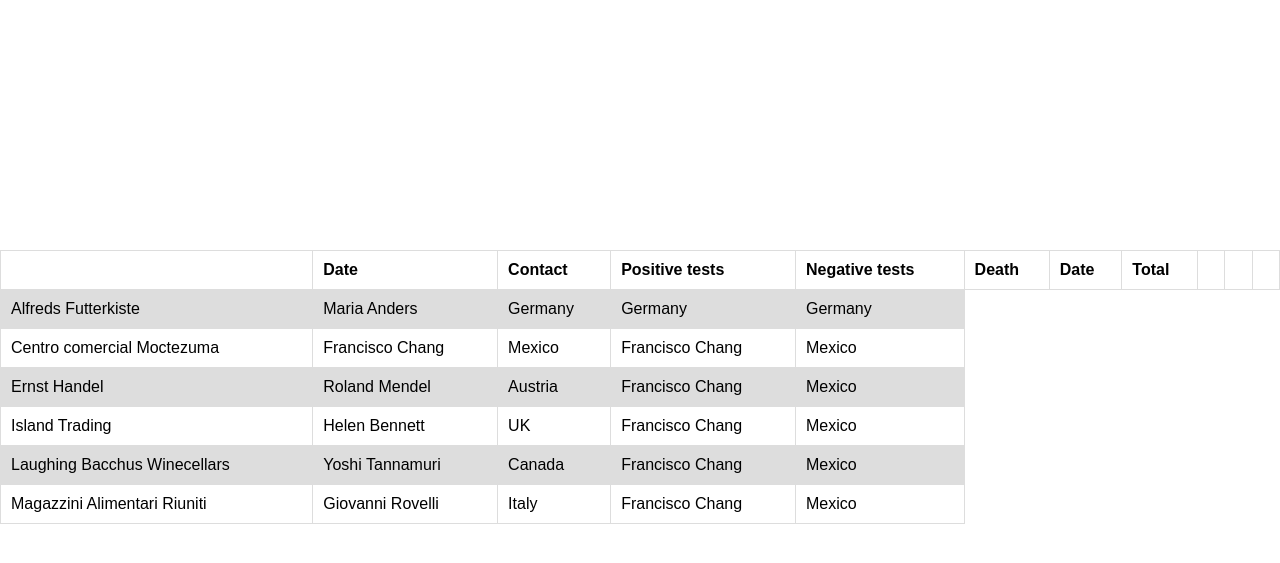
Repository: Seryozha02/ApiRequests
Page: index.html
The author's editor kept a copy of each file at every save. The page is drawn from the files as they stood at one save, then again after the next save.
The browser window is 1280 px wide. The pictures show the whole page.

Above is the page before, as saved 2022-09-22 21:30:23.

### index.html
<!DOCTYPE html>
<html lang="en">
<head>
    <meta charset="UTF-8">
    <meta http-equiv="X-UA-Compatible" content="IE=edge">
    <meta name="viewport" content="width=device-width, initial-scale=1.0">
    <title>Request's</title>
    <link rel="stylesheet" href="style.css">
</head>
<body>
    <table class="requests">
        <th>
            <th>Date</th>
            <th>Contact</th>
            <th>Positive tests</th>
            <th>Negative tests</th>
            <th>Death</th>
        </th>
        <th>Date</th>
        <th>Total</th>
        <th></th>
        <th></th>
        <th></th>
        <tr>
          <td>Alfreds Futterkiste</td>
          <td>Maria Anders</td>
          <td>Germany</td>
          <td>Germany</td>
          <td>Germany</td>
        </tr>
        <tr>
          <td>Centro comercial Moctezuma</td>
          <td>Francisco Chang</td>
          <td>Mexico</td>
          <td>Francisco Chang</td>
          <td>Mexico</td>
        </tr>
        <tr>
          <td>Ernst Handel</td>
          <td>Roland Mendel</td>
          <td>Austria</td>
          <td>Francisco Chang</td>
          <td>Mexico</td>
        </tr>
        <tr>
          <td>Island Trading</td>
          <td>Helen Bennett</td>
          <td>UK</td>
          <td>Francisco Chang</td>
          <td>Mexico</td>
        </tr>
        <tr>
          <td>Laughing Bacchus Winecellars</td>
          <td>Yoshi Tannamuri</td>
          <td>Canada</td>
          <td>Francisco Chang</td>
          <td>Mexico</td>
        </tr>
        <tr>
          <td>Magazzini Alimentari Riuniti</td>
          <td>Giovanni Rovelli</td>
          <td>Italy</td>
          <td>Francisco Chang</td>
          <td>Mexico</td>
        </tr>
      </table>
</body>
<script src="script.js"></script>
</html>

### style.css
* {
        margin: 0;
        padding: 0;
        box-sizing: border-box;
}

.requests {
    font-family: arial, sans-serif;
    border-collapse: collapse;
    width: 100%;
    margin-top: 250px;
  }

  td, th {
    border: 1px solid #dddddd;
    text-align: left;
    padding: 10px;

  }

  tr:nth-child(even) {
    background-color: #dddddd;
  }

Loaded but not shown: script.js (no copy from this time; the picture is the same without it)

After the next save:
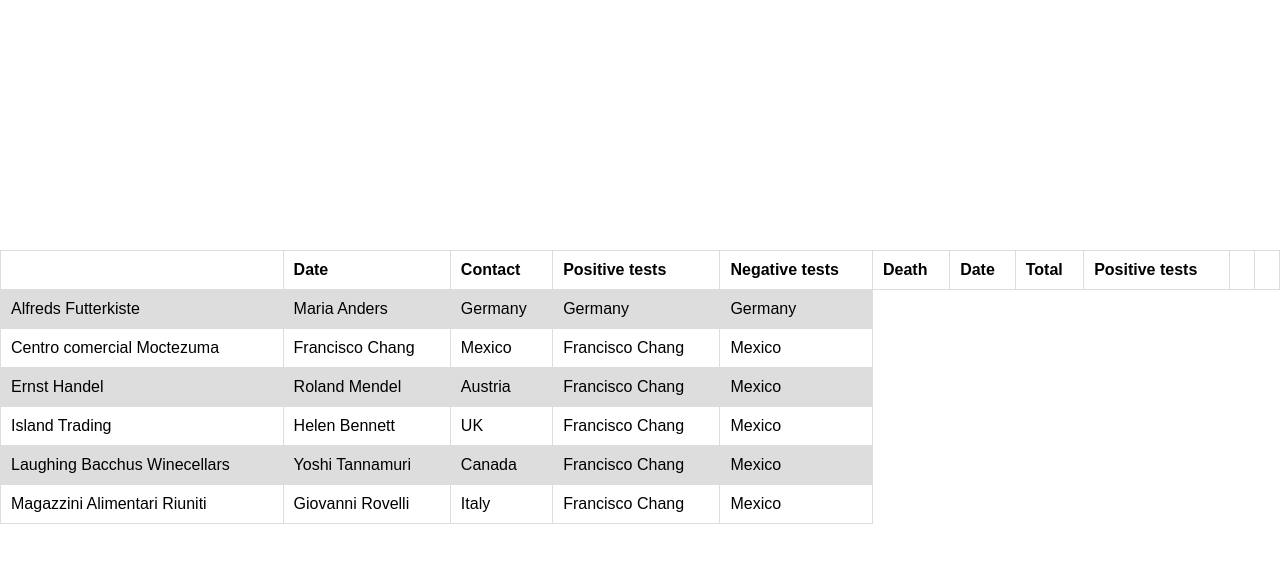
Saved 7 s later.
--- a/index.html
+++ b/index.html
@@ -18,7 +18,7 @@
         </th>
         <th>Date</th>
         <th>Total</th>
-        <th></th>
+        <th>Positive tests</th>
         <th></th>
         <th></th>
         <tr>
